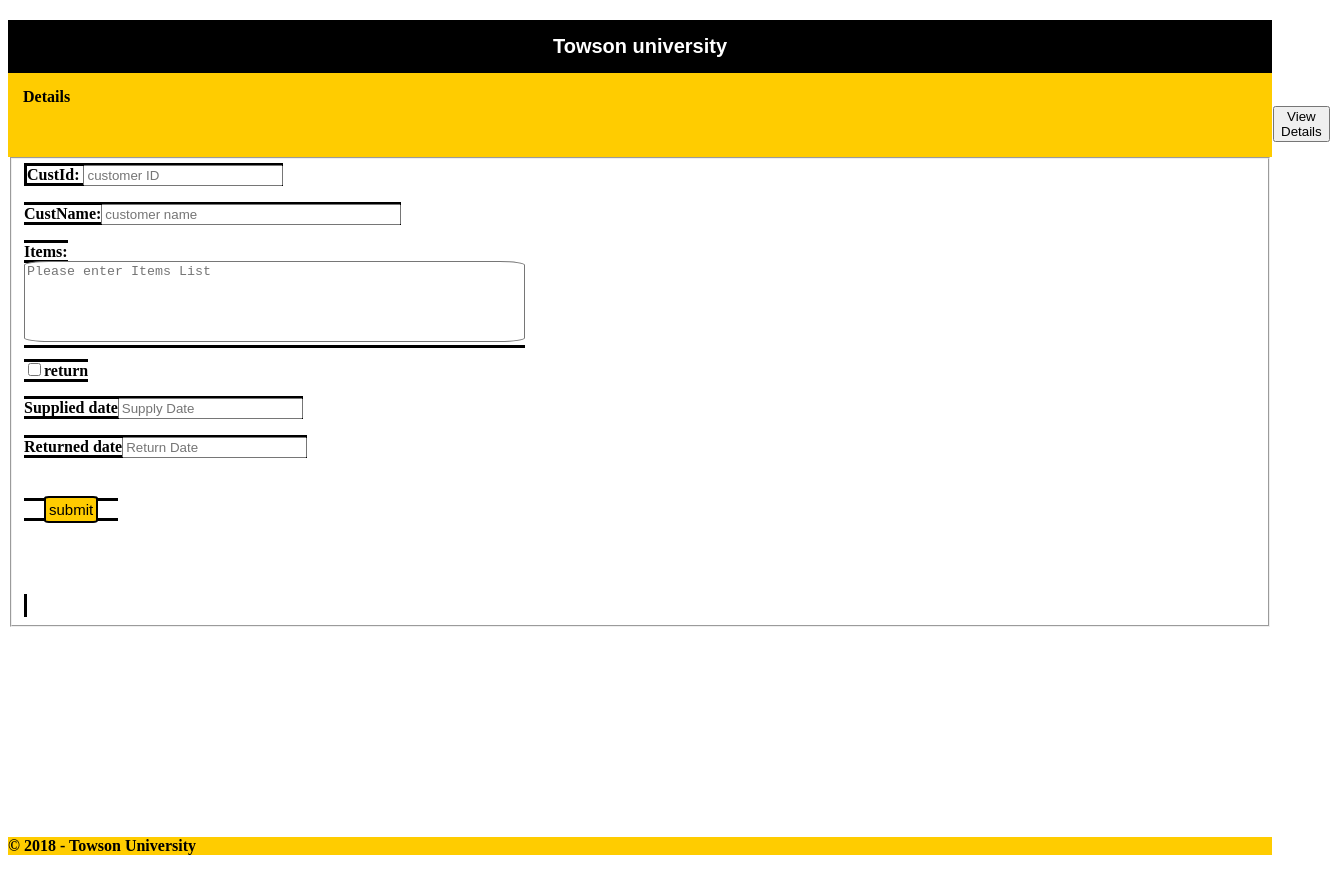
Repository: DatabaseCOSC578/eclipse-workspace11
Page: http://localhost/Supervisor/Supervisor.jsp
These files come from the project's save history. The page is drawn as it stood at one moment and after the next save; the edit follows.
The browser window is 1280 px wide. The page is 1330 px wide, so the pictures cover 1330 px, including what lies to the right of the window. The pictures show the whole page.
The page is served by Tomcat 9.

Above is the page before, as saved 2018-04-15 19:58:00.

After the next save:
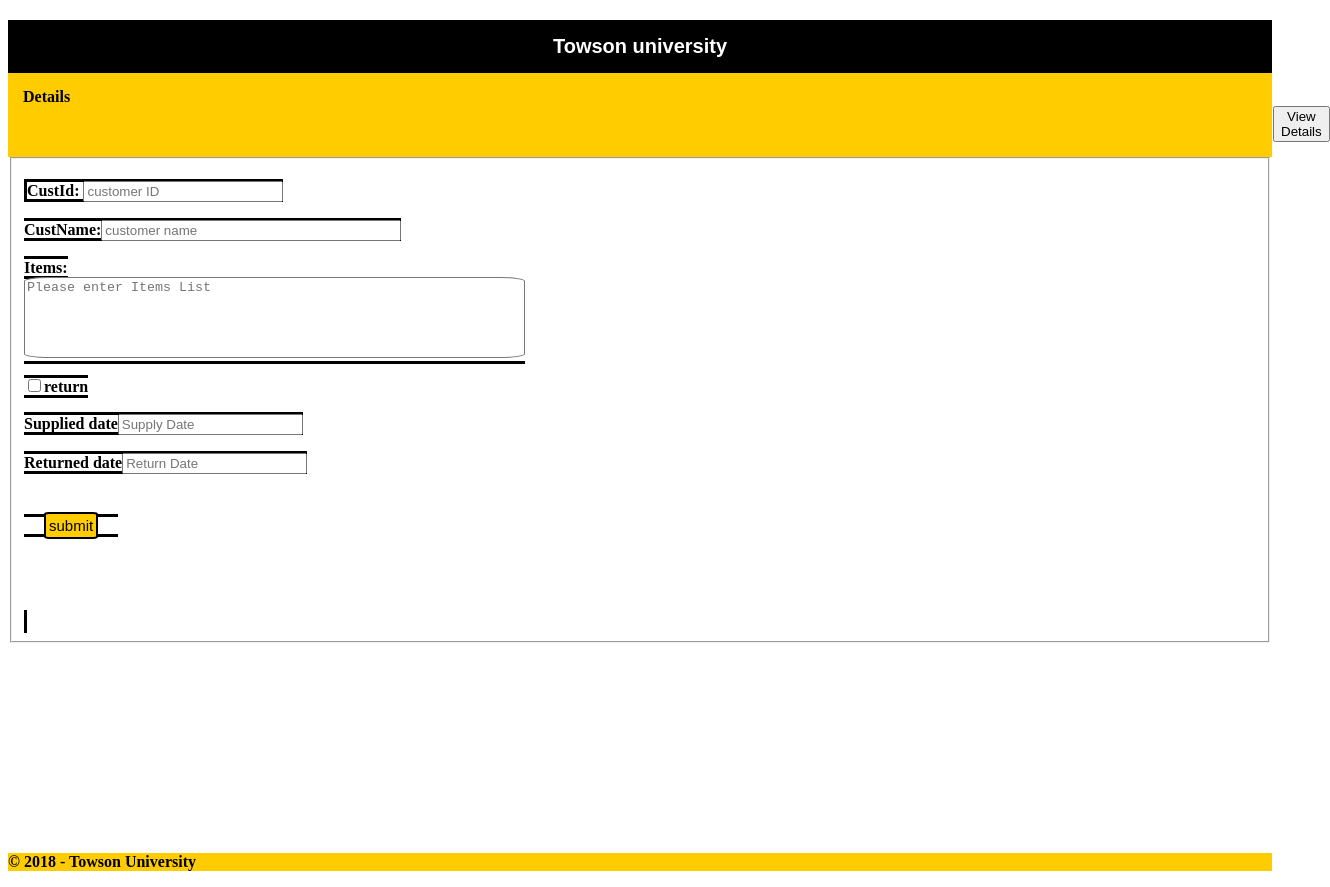
Saved 75 s later.
--- a/Supervisor/WebContent/Supervisor.jsp
+++ b/Supervisor/WebContent/Supervisor.jsp
@@ -14,7 +14,8 @@
 </div>
 
 <fieldset >
-<abc id="fs">
+
+<center><p> </p></center><abc id="fs">
 <b>CustId:</b> <input type=text style="width: 200px;" name="custid " placeholder="customer ID"><br><br>
 <b>CustName:</b><input type=text style="width: 300px; align:center;" name="custname" placeholder="customer name "><br><br>
 <b>Items:<b/><br/>
